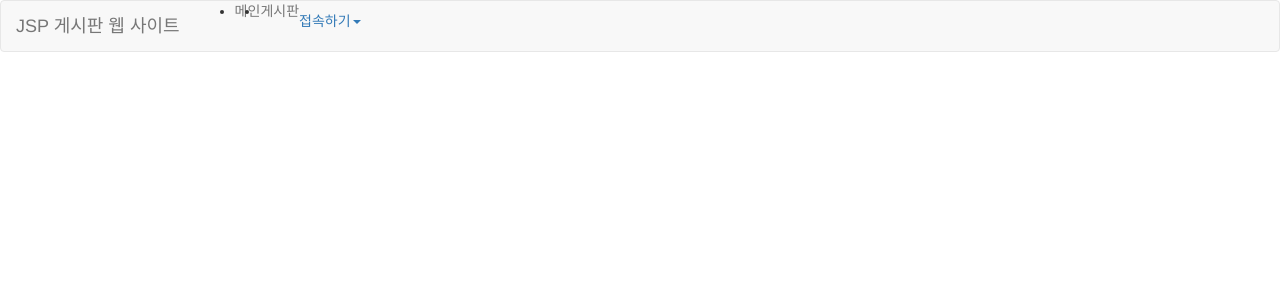
Repository: OpenSourceDevelopmentProject/EscapeYoutubeAlgorithm
Page: http://localhost/BBS/login.jsp
These files come from the project's save history. The page is drawn as it stood at one moment and after the next save; the edit follows.
The browser window is 1280 px wide. The pictures show the whole page.
Some web libraries are served in a nearby version. The page is served by Tomcat 9.

Above is the page before, as saved 2021-11-25 14:32:28.

After the next save:
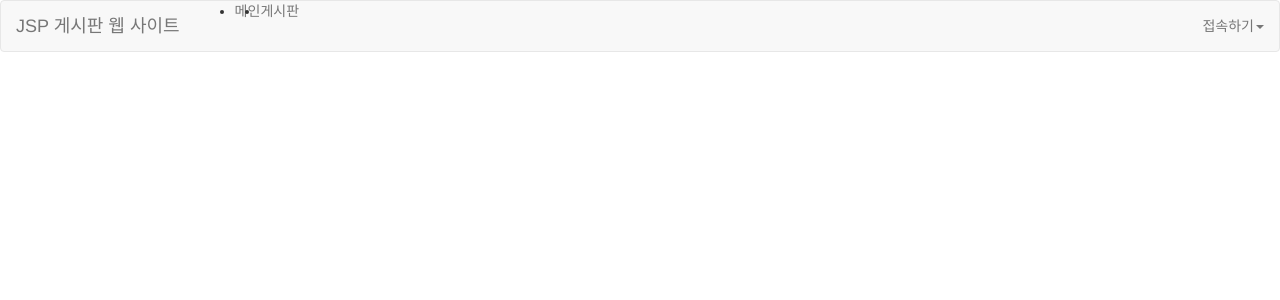
Saved 39 s later.
--- a/projects/BBS/src/main/webapp/login.jsp
+++ b/projects/BBS/src/main/webapp/login.jsp
@@ -29,7 +29,7 @@
 			<li><a href="main.jsp">메인</a></li>
 			<li><a href="bbs.jsp">게시판</a></li>
 		</ul>
-		<ul class="nav navbar-nva navbaar-right">
+		<ul class="nav navbar-nav navbar-right">
 			<li class="dropdown">
 				<a href="#" class="dropdown-toggle" data-toggle="dropdown" role="button" aria-haspopup="true"
 				aria-expanded="false">접속하기<span class="caret"></span></a>
